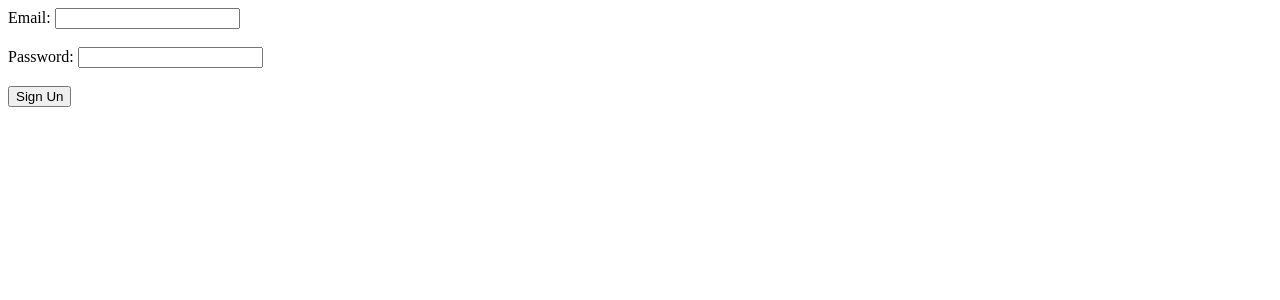
Repository: Shraddha-Khilari/Advance-JAVA
Page: http://localhost/movie-review-mvc/
The author's editor kept a copy of each file at every save. The page is drawn from the files as they stood at one save, then again after the next save.
The browser window is 1280 px wide. The pictures show the whole page.
The page is served by Tomcat 9.

Above is the page before, as saved 2023-11-30 02:51:39.

After the next save:
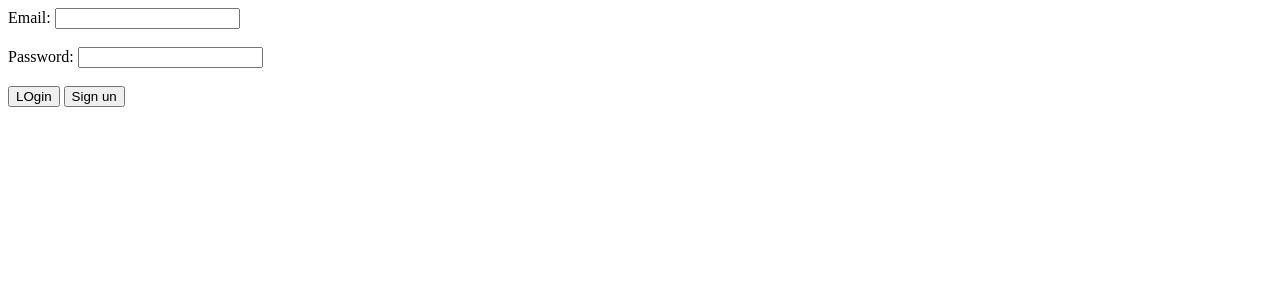
Saved 58 s later.
--- a/Day11/movie-review-mvc/src/main/webapp/index.jsp
+++ b/Day11/movie-review-mvc/src/main/webapp/index.jsp
@@ -9,7 +9,9 @@
     <form action="login" method="post">
         Email: <input type="text" name="email"/> <br/><br/>
         Password: <input type="password" name="passwd"/> <br/><br/>
-        <input type="submit" value="Sign Un"/>
+        <input type="submit" value="LOgin"/>
+                <input type="submit" value="Sign un"/>
+
     </form>
 </body>
 </html>
